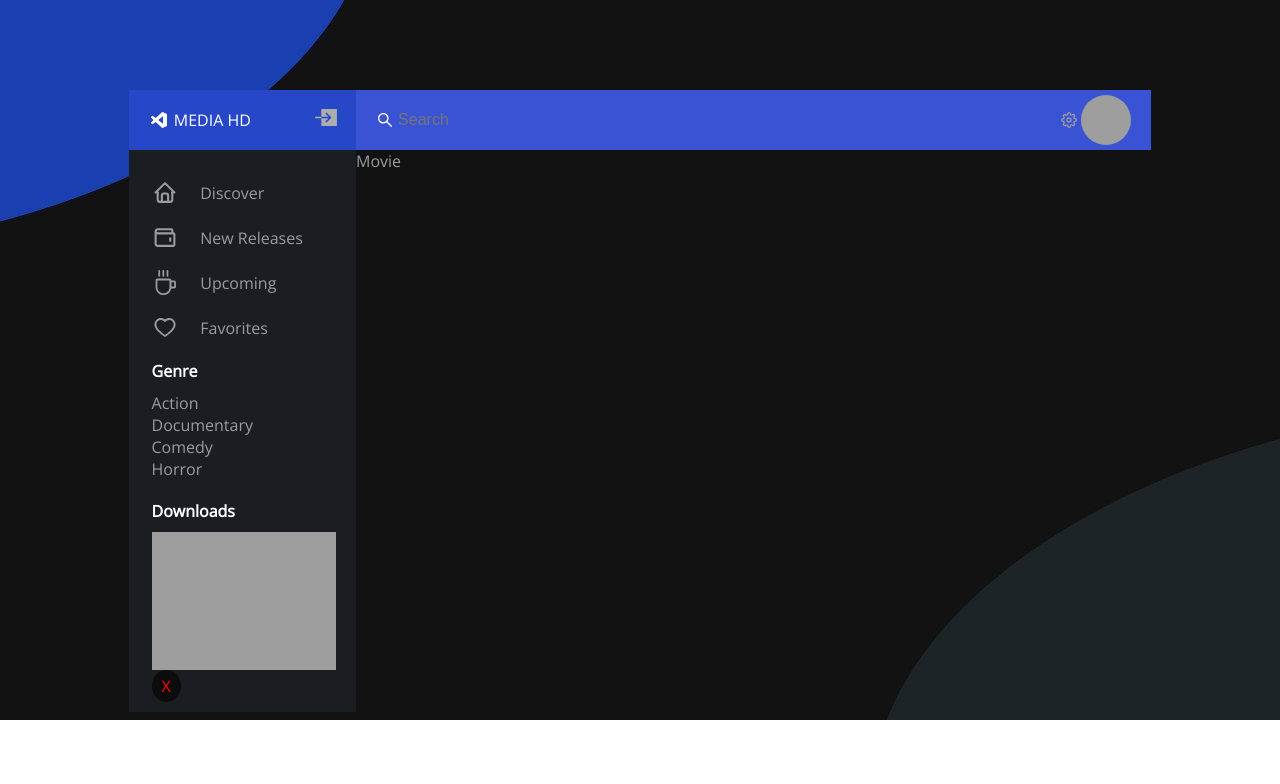
Repository: DevLaukey/movie-task
Page: /
These files come from the project's save history. The page is drawn as it stood at one moment and after the next save; the edit follows.
The browser window is 1280 px wide. The pictures show the whole page.
Pictures or frames that could not be fetched are drawn as grey boxes. The page's requests for data from a server got no answer. The project was rebuilt for these pictures with package versions that can differ from the ones it lists, and the page was loaded fresh each time. No one was signed in, and anything a server would have sent is missing. Also part of the build but not shown: src/components/Body/Movies.css.

Above is the page before, as saved 2022-06-15 21:03:19.

After the next save:
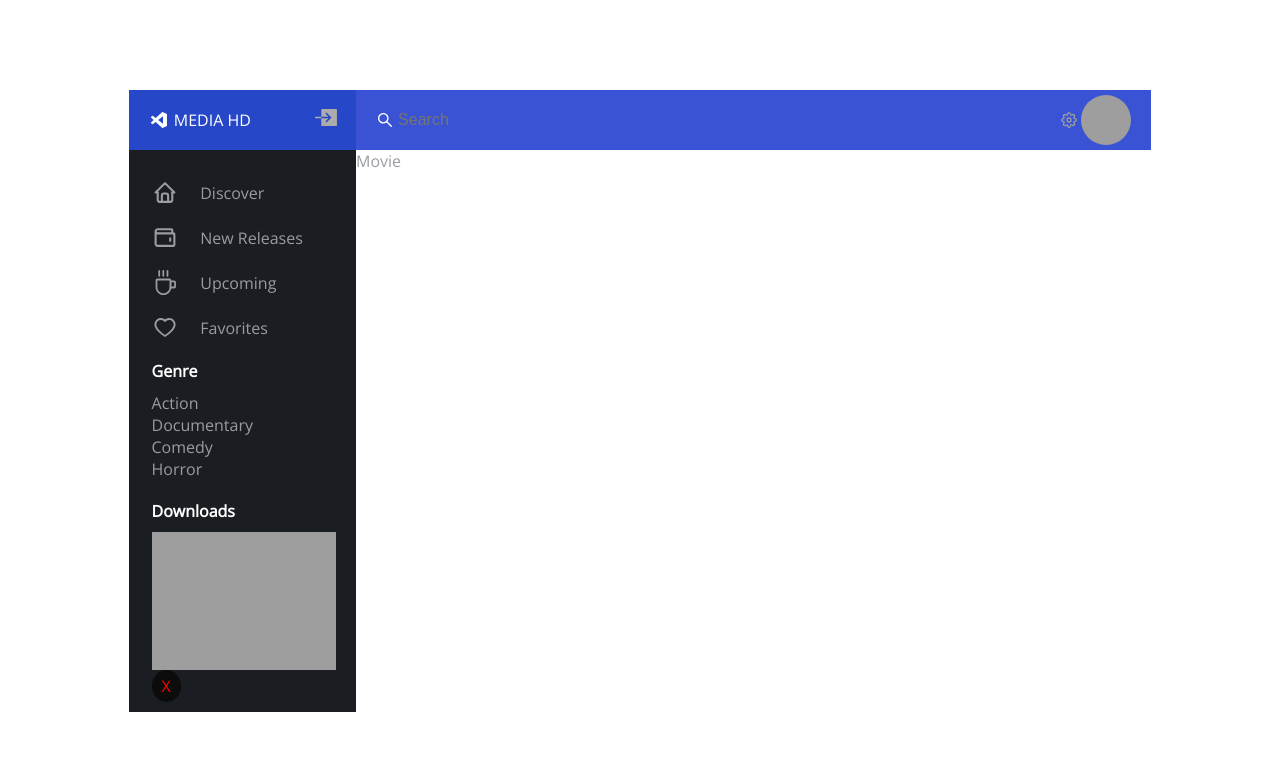
Saved 46 s later.
--- a/src/App.css
+++ b/src/App.css
@@ -1,7 +1,7 @@
 @import url('https://fonts.googleapis.com/css2?family=Open+Sans&display=swap');
 .App{
     background-image: url(../public/back.jpg);
-    width: 100vw;
+    width: fit-content;
     height: 100vh;
     background-size: cover;
     background-repeat: no-repeat;

After the save that followed:
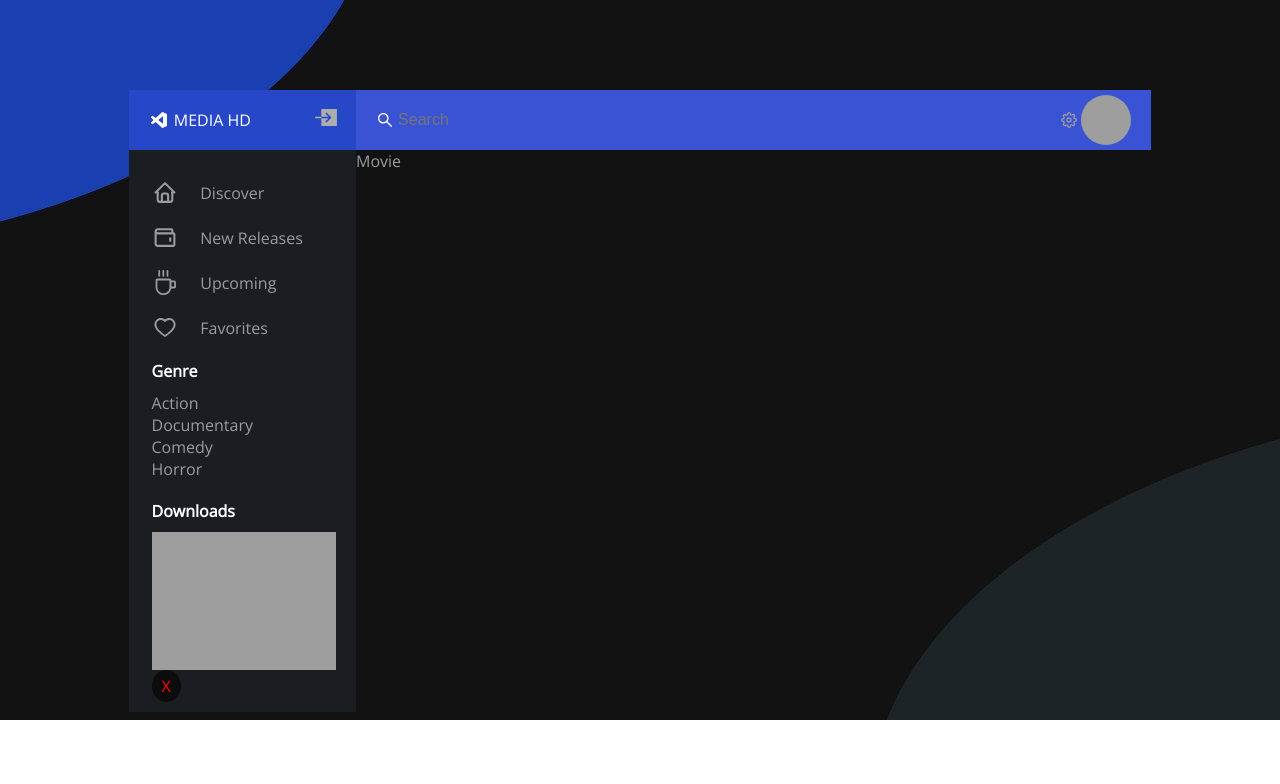
Saved 6 s later.
--- a/src/App.css
+++ b/src/App.css
@@ -1,7 +1,7 @@
 @import url('https://fonts.googleapis.com/css2?family=Open+Sans&display=swap');
 .App{
     background-image: url(../public/back.jpg);
-    width: fit-content;
+    width: 100vw;
     height: 100vh;
     background-size: cover;
     background-repeat: no-repeat;
